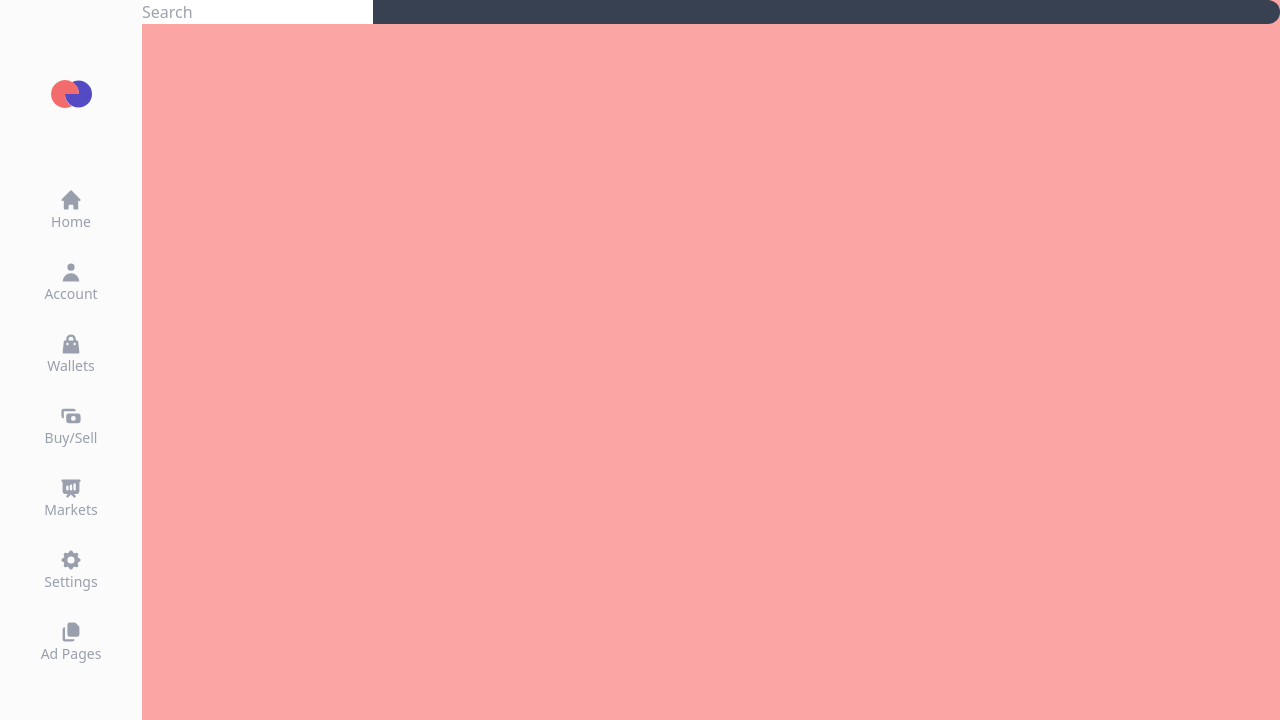
Repository: almaqdad55/crypto-app-nextjs
Page: /
An editor plug-in stored every save of this project. The page is shown before and after the next save, followed by the edit.
The browser window is 1280 px wide. The pictures show the whole page.
The project was rebuilt for these pictures with package versions that can differ from the ones it lists, and the page was loaded fresh each time. The framework's server and built-in components were replaced by stand-ins that run in the browser.

Above is the page before, as saved 2022-01-04 19:57:23.

### pages/index.js
import Head from 'next/head';
import Sidebar from '../components/Sidebar';
import Feed from '../components/Feed';

export default function Home() {
  return (
    <div className="">
      <Head>
        <title>Crypto Trade</title>
        <link rel="icon" href="/logo.svg" />
      </Head>

      <main className="flex">
        <Sidebar />
        <Feed />
        {/* Widget */}
      </main>
    </div>
  );
}

### styles/globals.css
@import url('https://fonts.googleapis.com/css2?family=Lato:wght@300;400;700&display=swap');

@tailwind base;
@tailwind components;
@tailwind utilities;

@layer base {
  body {
    @apply bg-white;
  }
}

@layer components {
  .icon-group {
    @apply flex flex-col  items-center text-sm cursor-pointer text-[#9A9FAD] hover:text-[#544AC3] transition duration-200;
  }
}

### components/Sidebar.jsx
import {
  HomeIcon,
  UserIcon,
  CashIcon,
  ShoppingBagIcon,
  PresentationChartBarIcon,
  CogIcon,
  DocumentDuplicateIcon,
} from '@heroicons/react/solid';

const Sidebar = () => {
  return (
    <div className="flex flex-col items-center  h-screen w-[142px]  bg-[#fbfbfb] ">
      <div className="mt-20">
        <img src="/logo.svg" alt="" />
      </div>
      <div className="mb-40 mt-20 flex flex-col space-y-7">
        <div className="icon-group group">
          <HomeIcon className="h-6 " />
          <span className="">Home</span>
        </div>
        <div className="icon-group group">
          <UserIcon className="h-6 " />
          <span className="">Account</span>
        </div>
        <div className="icon-group group">
          <ShoppingBagIcon className="h-6 " />
          <span className="">Wallets</span>
        </div>
        <div className="icon-group group ">
          <CashIcon className="h-6 " />
          <span className="">Buy/Sell</span>
        </div>
        <div className="icon-group group">
          <PresentationChartBarIcon className="h-6 " />
          <span className="">Markets</span>
        </div>
        <div className="icon-group group">
          <CogIcon className="h-6 " />
          <span className="">Settings</span>
        </div>
        <div className="icon-group group">
          <DocumentDuplicateIcon className="h-6 " />
          <span className="">Ad Pages</span>
        </div>
      </div>
    </div>
  );
};

export default Sidebar;

### components/Feed.jsx
import {
  DotsHorizontalIcon,
  PhotographIcon,
  NewspaperIcon,
  SearchIcon,
} from '@heroicons/react/outline';

const Feed = () => {
  return (
    <div className=" flex-grow bg-red-300">
      <div>
        <div className="bg-gray-700 rounded-2xl">
          <input type="text" placeholder={`Search`} />
        </div>
      </div>
    </div>
  );
};

export default Feed;

### tailwind.config.js
module.exports = {
  content: [
    './pages/**/*.{js,ts,jsx,tsx}',
    './components/**/*.{js,ts,jsx,tsx}',
  ],
  theme: {
    extend: {
      fontFamily: {
        Lato: ['Lato', 'sans-serif'],
      },
    },
  },
  plugins: [],
};

Loaded but not shown: pages/_app.js (common file); pages/api/hello.js (common file); pages/api/city.js (no copy from this time; the picture is the same without it); pages/api/getYTData.js (no copy from this time; the picture is the same without it)

After the next save:
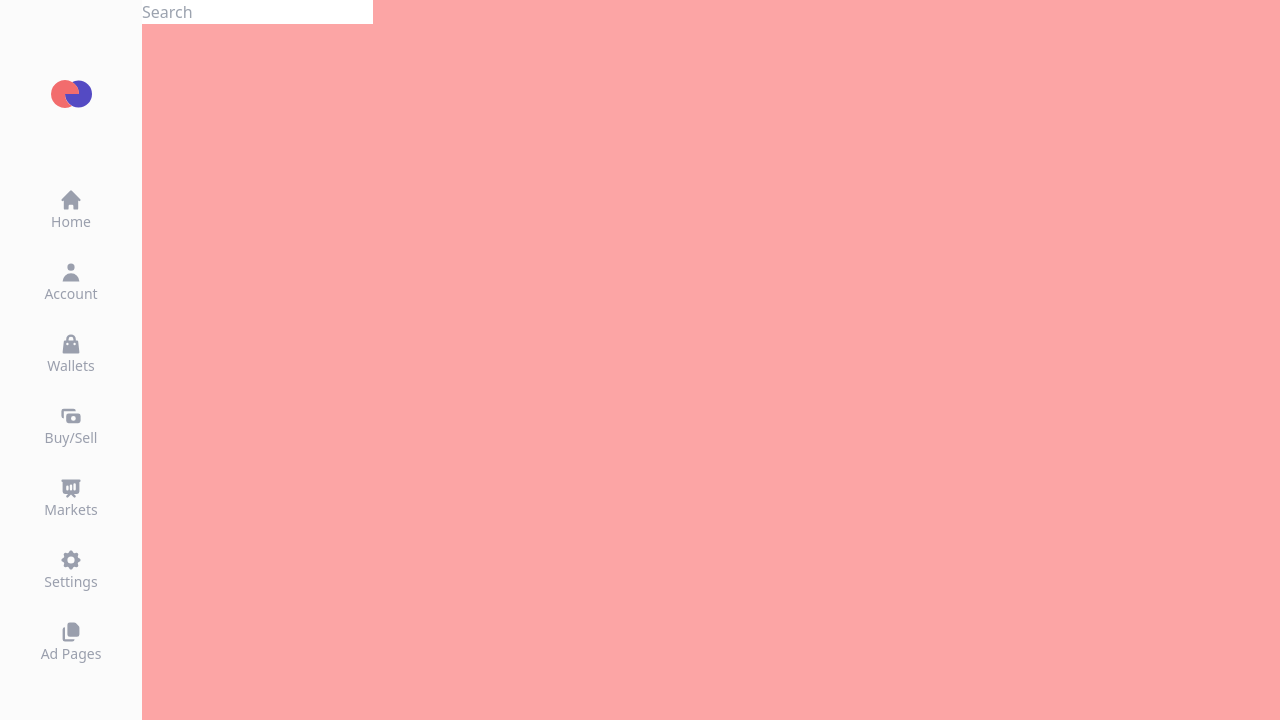
Saved 24 s later.
--- a/components/Feed.jsx
+++ b/components/Feed.jsx
@@ -9,8 +9,8 @@ const Feed = () => {
   return (
     <div className=" flex-grow bg-red-300">
       <div>
-        <div className="bg-gray-700 rounded-2xl">
-          <input type="text" placeholder={`Search`} />
+        <div className="rounded-2xl">
+          <input type="text" placeholder={`Search`} className="" />
         </div>
       </div>
     </div>
